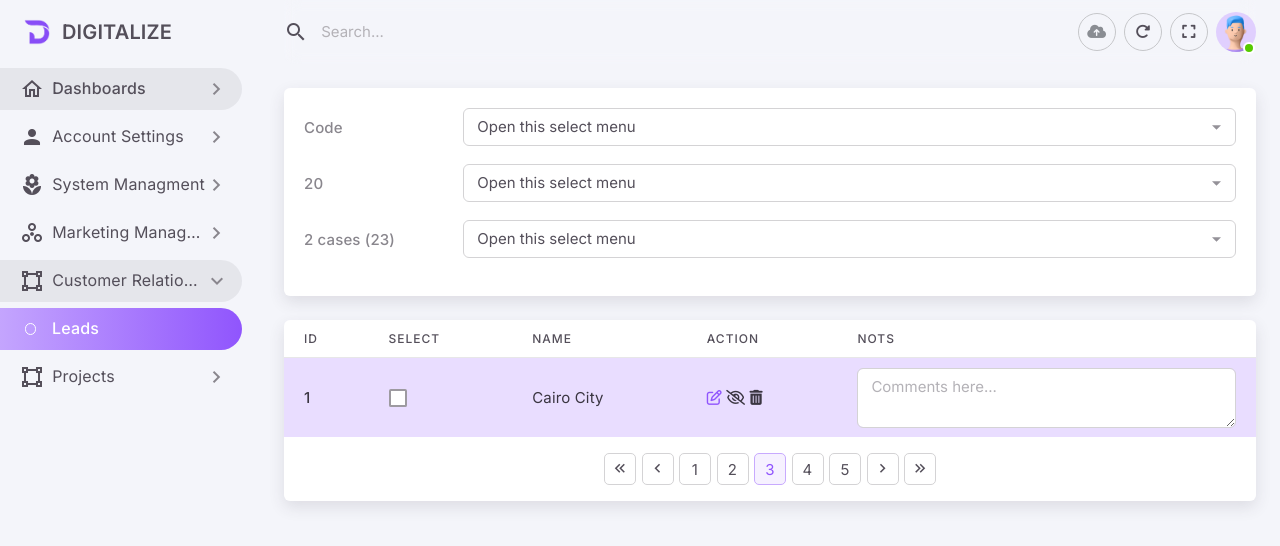
Repository: FadyFathey/sales-crm
Page: html/project-list.html
The author's editor kept a copy of each file at every save. The page is drawn from the files as they stood at one save, then again after the next save.
The browser window is 1280 px wide. The pictures show the whole page.
Some icons come from a web library that is not loaded, so they are not drawn. Some web libraries are served in a nearby version.

Above is the page before, as saved 2024-10-09 14:09:03.
Console error: ReferenceError: d3 is not defined

After the next save:
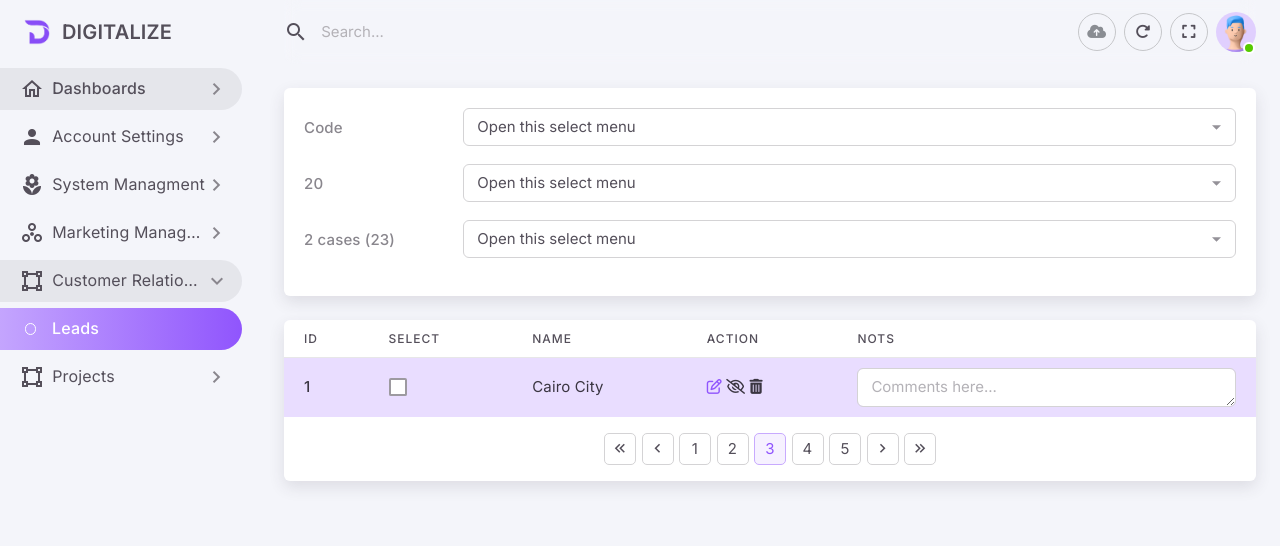
Saved 5 s later.
--- a/html/project-list.html
+++ b/html/project-list.html
@@ -408,7 +408,7 @@
                                                 <i style="cursor: pointer;" class="fa-solid fa-trash-can"></i>
                                             </td>
                                             <td>
-                                                <textarea  hie class="form-control h-px-" id="exampleFormControlTextarea1"
+                                                <textarea  hie class="form-control h-px-18" id="exampleFormControlTextarea1"
                                                     placeholder="Comments here..."></textarea>
                                             </td>
                                         </tr>
